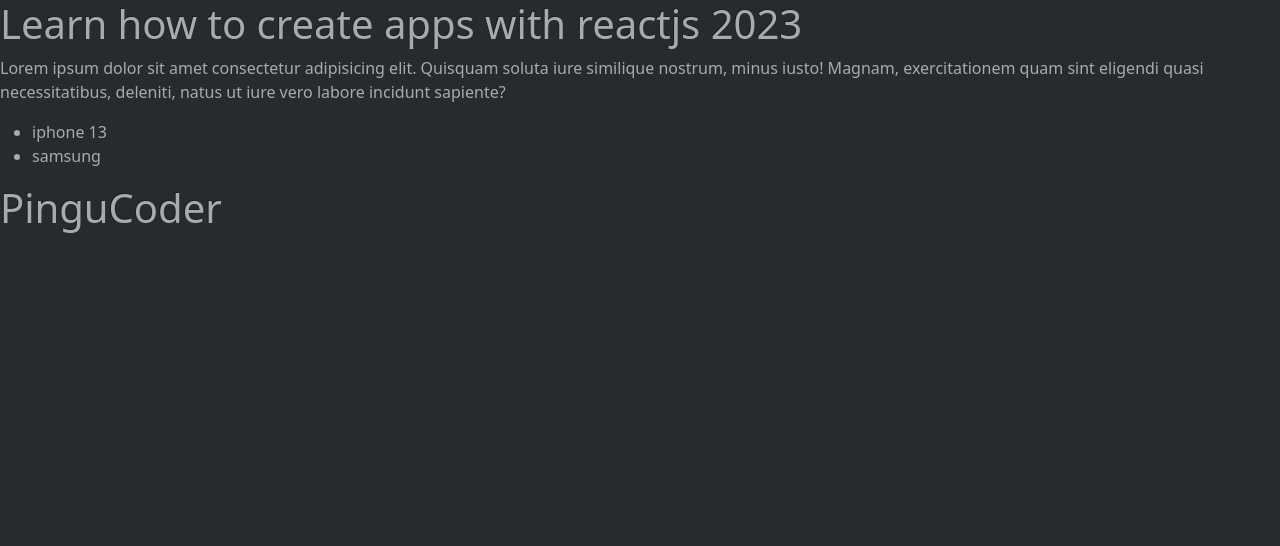
Repository: chanwarichawki/React-BC
Page: /
These files come from the project's save history. The page is drawn as it stood at one moment and after the next save; the edit follows.
The browser window is 1280 px wide. The pictures show the whole page.
Some web libraries are served in a nearby version. The project was rebuilt for these pictures with package versions that can differ from the ones it lists, and the page was loaded fresh each time. Also part of the build but not shown: vite.config.js.

Above is the page before, as saved 2024-01-15 14:27:03.

After the next save:
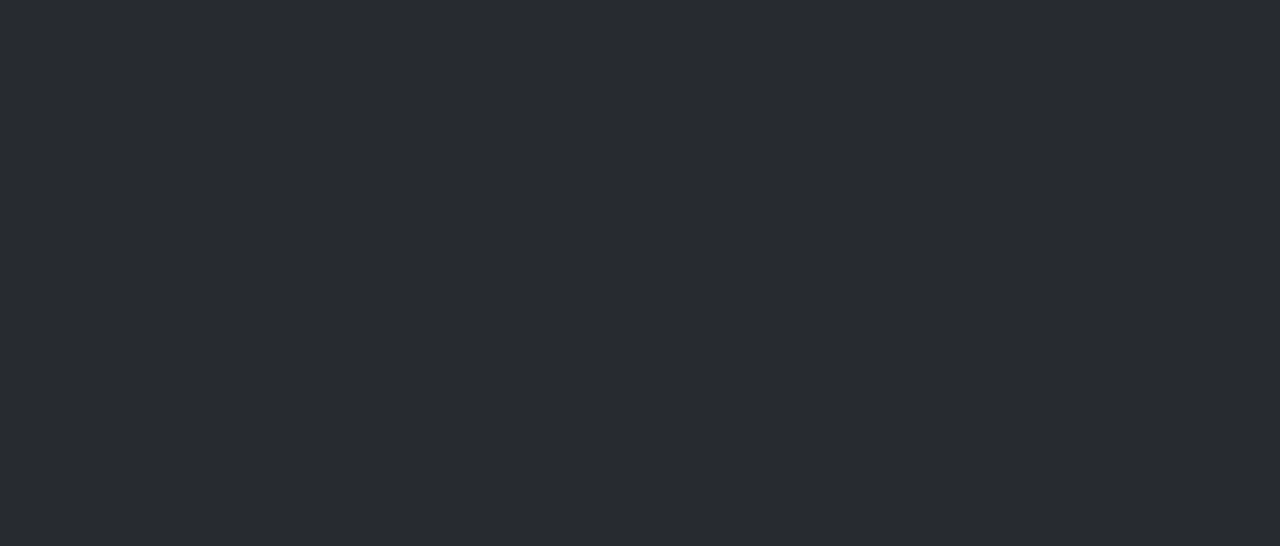
Console error: ReferenceError: NavBar is not defined
Saved 40 min 58 s later.
--- a/src/App.jsx
+++ b/src/App.jsx
@@ -6,9 +6,9 @@ import Products from "./components/Products";
 function App() {
   return (
     <>
-    {/* <NavBar />
+    <NavBar />
     <Header />
-    <Article /> */}
+    <Article />
     <Products />
     <h1>PinguCoder</h1>
     </>

After the save that followed:
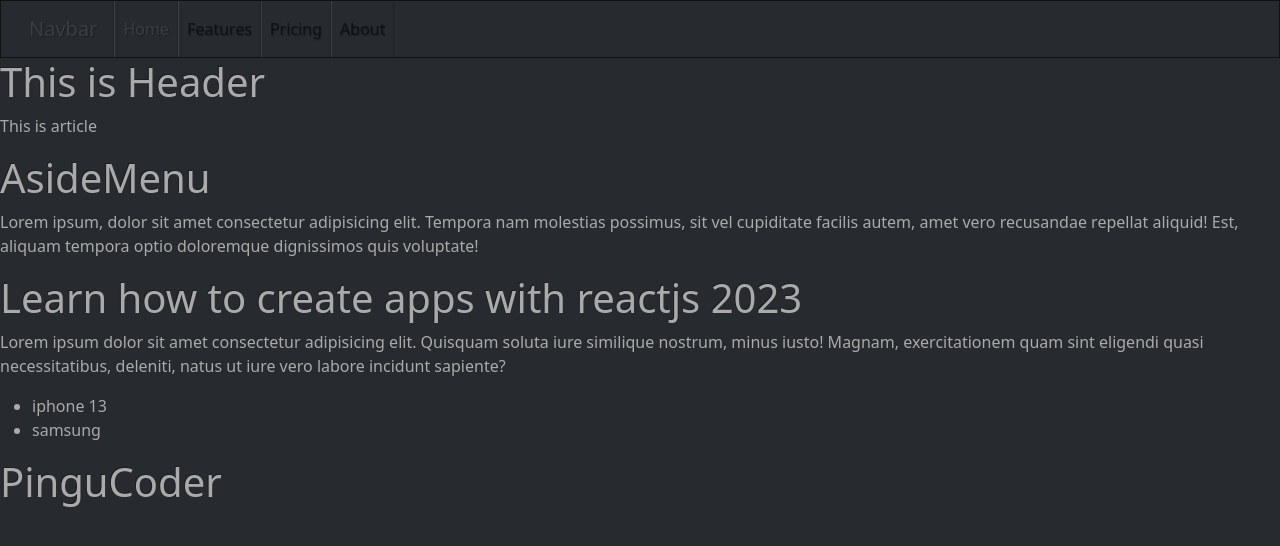
The error is gone.
Saved 7 s later.
--- a/src/App.jsx
+++ b/src/App.jsx
@@ -1,6 +1,6 @@
-// import Article from "./components/Article";
-// import Header from "./components/Header";
-// import NavBar from "./components/NavBar";
+import Article from "./components/Article";
+import Header from "./components/Header";
+import NavBar from "./components/NavBar";
 import Products from "./components/Products";
 
 function App() {
